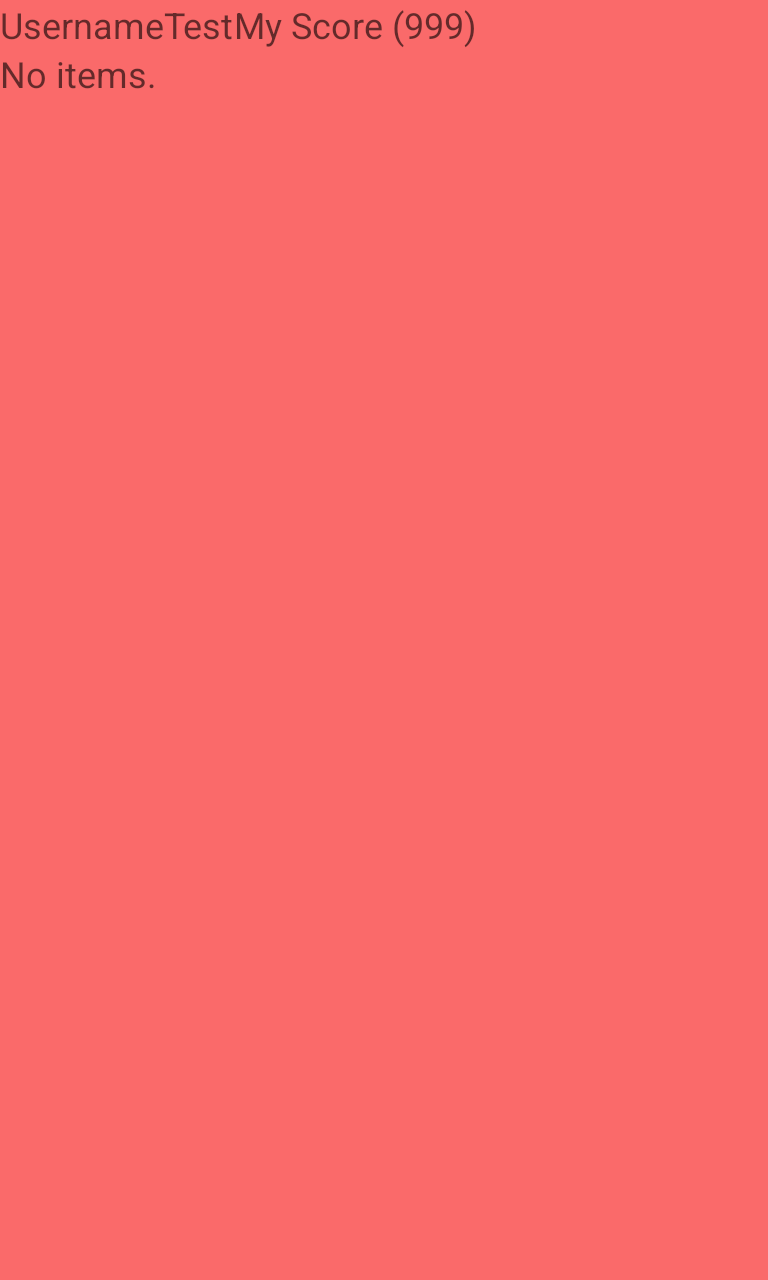
Repository: quantumlicht/android-capstone
Layout: capstone_client/res/layout/fragment_created_quiz.xml
These files come from the project's save history. The layout is drawn as it stood at one moment and after the next save; the edit follows.
It is drawn on a 768 x 1280 px phone screen (xhdpi) without system bars, with theme AppTheme; the app's code is not run. Lists and similar views that code fills are empty. The app's manifest (not shown) leaves right-to-left support off. So textAlignment, textDirection and layoutDirection are ignored, and left and right values win over start and end ones.

Above is the layout before, as saved 2014-11-15 03:12:38.

After the next save:
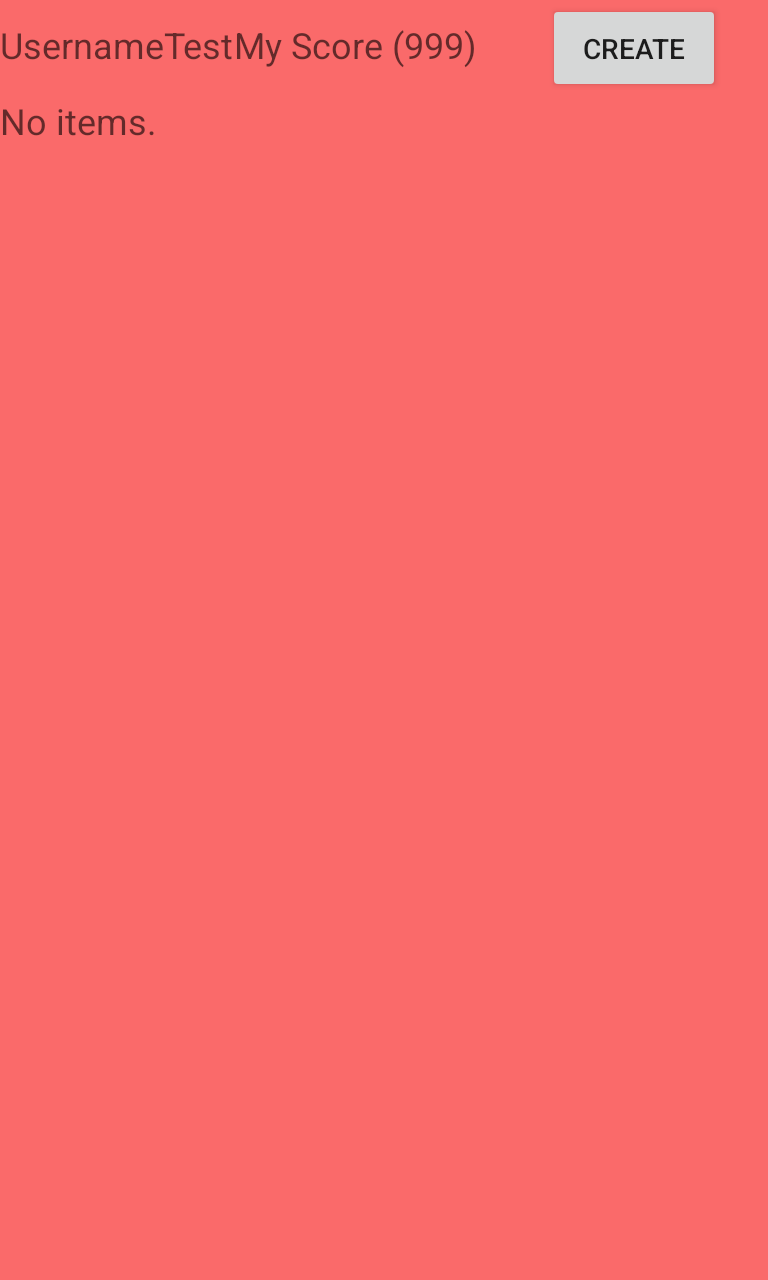
Saved 12 s later.
--- a/capstone_client/res/layout/fragment_created_quiz.xml
+++ b/capstone_client/res/layout/fragment_created_quiz.xml
@@ -32,7 +32,11 @@
             android:text="My Score (999)"
             android:textAlignment="gravity"
             android:textAppearance="?android:attr/textAppearanceMedium" />
-
+        <Button
+             android:id="@+id/createButton"
+             android:layout_width="wrap_content"
+             android:layout_height="wrap_content"
+             android:text="Create" />
     </LinearLayout>
 
     <FrameLayout
